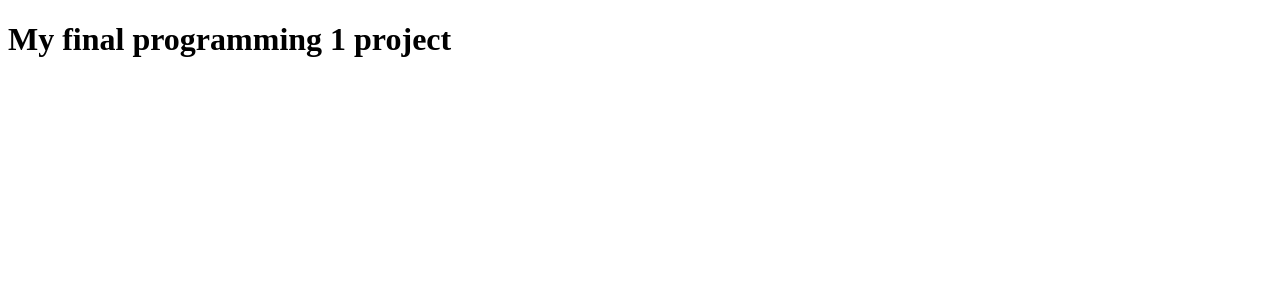
Repository: captainm64/captainm64
Page: projectshow.html
The author's editor kept a copy of each file at every save. The page is drawn from the files as they stood at one save, then again after the next save.
The browser window is 1280 px wide. The pictures show the whole page.

Above is the page before, as saved 2026-05-06 09:41:53.

### projectshow.html
<!DOCTYPE html>
<html>
    <head>
        <link rel = "stylesheet" href = "./styles/index.css" />
         <link rel = "stylesheet" href = "./styles/global.css" />
         <title>Project</title>
    </head>
<body>

<h1>My final programming 1 project</h1>

### styles/index.css
img{

   height: 55%;
   width: 45%;
}

.projtxt{

   display: flex;

   flex-direction: column;

}

.projtxt img {

   height: 100%;
   width: 100%

}

#Main{

font-size: 30rem;
font-family: "timesnewromanbold";
color: rgb(0, 0, 0);


}


/*Tablet*/
@media (min-width: 768px) {

    img{

   height: 55%;
   width: 40%;
   }


.projtxt{

      display: flex;
      flex-direction: row;
      font-size: 40%

   }

   .projtxt img {

   width: 50%

  }

}

/* laptop */
@media(min-width: 1025px)
{
     img{

   height: 55%;
   width: 30%;
   }


   .projtxt{

          display: flex;

      flex-direction: row;

      font-size: 40%
   }


   .projtxt img {

   height: 80%

  }



}

### styles/global.css

@font-face {

    font-family: "timesnewroman";
    src: url(/assests/fonts/timesnewroman.ttf);
}

After the next save:
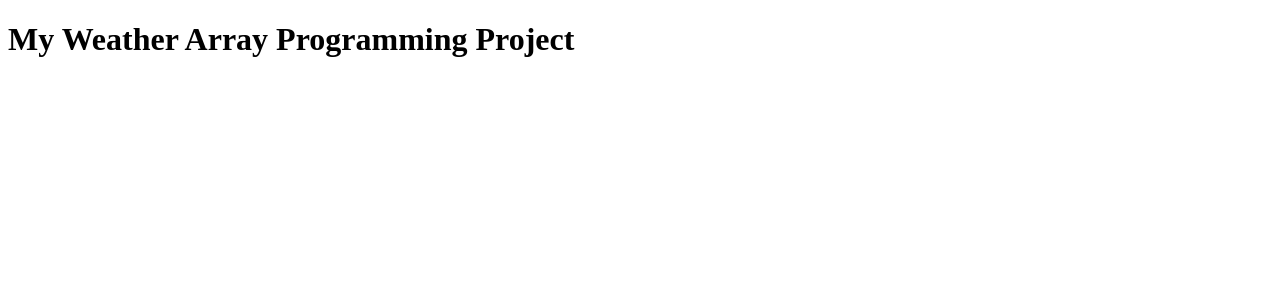
Saved 73 s later.
--- a/projectshow.html
+++ b/projectshow.html
@@ -7,4 +7,4 @@
     </head>
 <body>
 
-<h1>My final programming 1 project</h1>
+<h1>My Weather Array Programming Project</h1>
